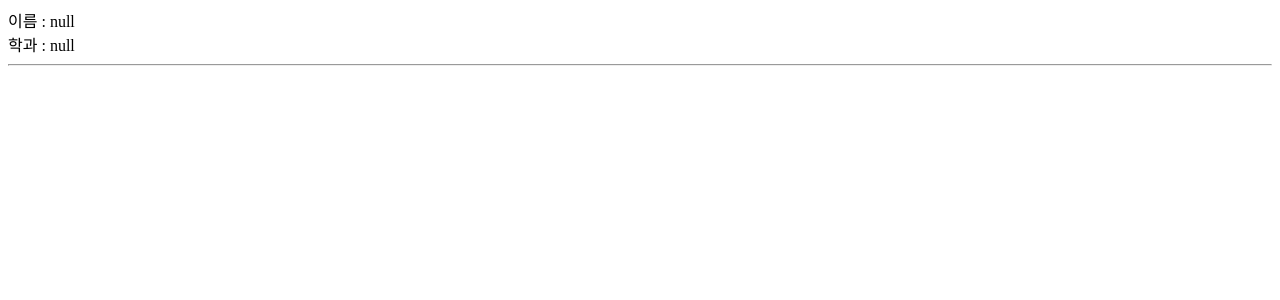
Repository: hsaar/jsworkplace
Page: http://localhost/testjsp/html/test03.jsp
An editor plug-in stored every save of this project. The page is shown before and after the next save, followed by the edit.
The browser window is 1280 px wide. The pictures show the whole page.
The page is served by Tomcat 9.

Above is the page before, as saved 2025-08-20 02:45:33.

### testjsp/src/main/webapp/html/test03.jsp
<%@ page language="java" contentType="text/html; charset=UTF-8"
    pageEncoding="UTF-8"%>
<!DOCTYPE html>
<html>
<head>
<meta charset="UTF-8">
<title>토토토로</title>
</head>
<body>
	<%
		String strName = request.getParameter("name");
		String strMajor = request.getParameter("major");
		out.println("이름 : " + strName + "<br/>");
		out.println("학과 : " + strMajor + "<hr/>");
		String password = request.getParameter("password");

	%>
</body>
</html>

After the next save:
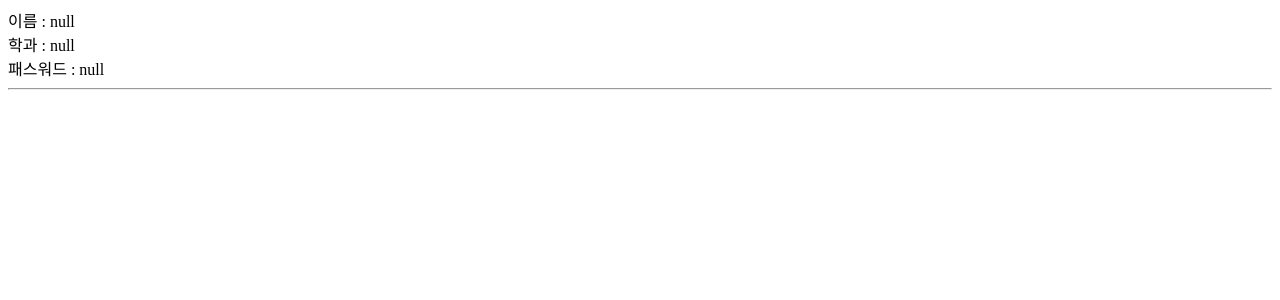
Saved 43 s later.
--- a/testjsp/src/main/webapp/html/test03.jsp
+++ b/testjsp/src/main/webapp/html/test03.jsp
@@ -10,9 +10,11 @@
 	<%
 		String strName = request.getParameter("name");
 		String strMajor = request.getParameter("major");
+		String password = request.getParameter("password");
+
 		out.println("이름 : " + strName + "<br/>");
-		out.println("학과 : " + strMajor + "<hr/>");
-		String password = request.getParameter("password");
+		out.println("학과 : " + strMajor + "<br/>");
+		out.println("패스워드 : " + password + "<hr/>");
 
 	%>
 </body>
